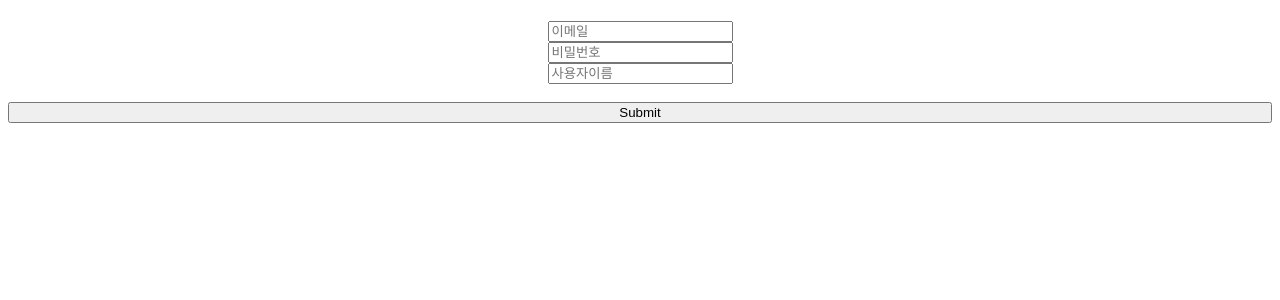
Repository: trapezer84/JSP
Page: http://localhost/AEB_JavaProgramming/
An editor plug-in stored every save of this project. The page is shown before and after the next save, followed by the edit.
The browser window is 1280 px wide. The pictures show the whole page.
The page is served by Tomcat 9.

Above is the page before, as saved 2016-02-05 08:00:16.

After the next save:
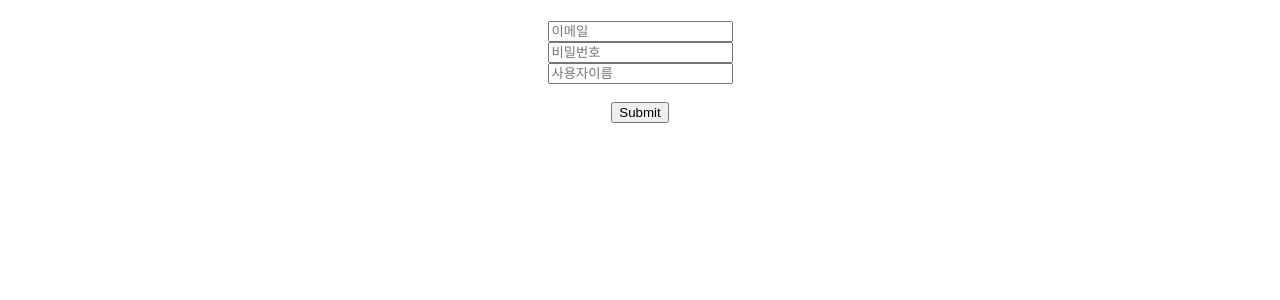
Saved 10 s later.
--- a/AEB_JavaProgramming/WebContent/index.jsp
+++ b/AEB_JavaProgramming/WebContent/index.jsp
@@ -26,7 +26,7 @@
 		 <input type="text" placeholder="사용자이름" style="display:block"/>
 	</div>
 		<br />
-		<input type="submit" placeholder="가입" style="width:100%"/>
+		<input type="submit" placeholder="가입" />
 	</form>
 </div>
 
